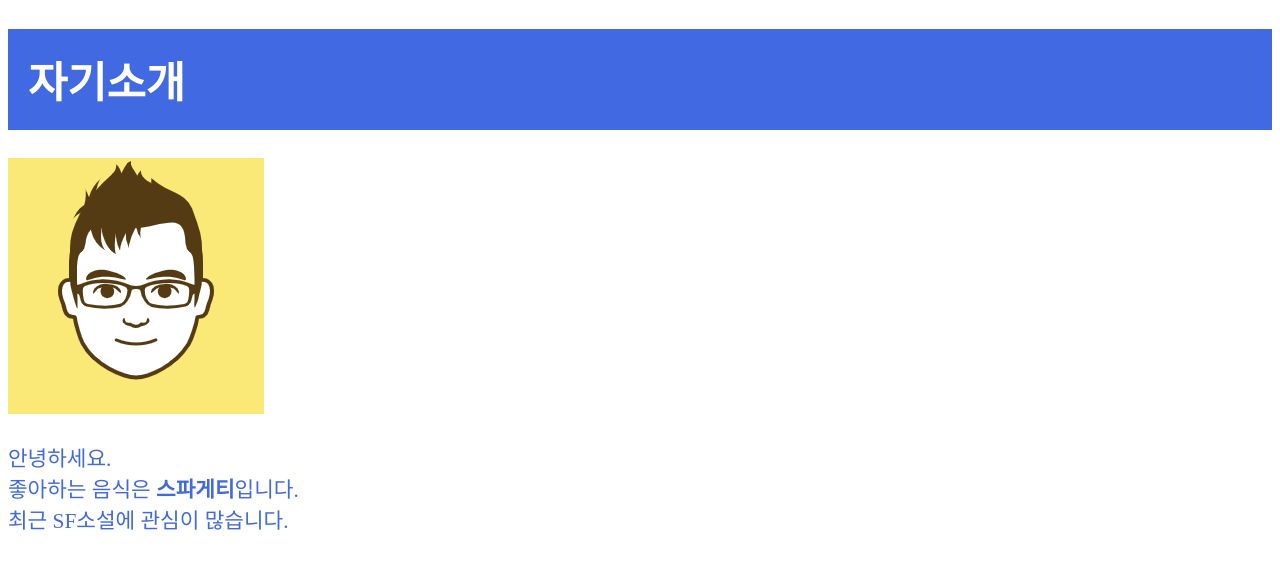
Repository: suhong99/htmlLecture
Page: cssWork1/src/main/webapp/index3.html
These files come from the project's save history. The page is drawn as it stood at one moment and after the next save; the edit follows.
The browser window is 1280 px wide. The pictures show the whole page.

Above is the page before, as saved 2023-06-22 06:42:06.

### cssWork1/src/main/webapp/index3.html
<!DOCTYPE html>
<html>
<head>
<meta charset="UTF-8">
<title>Insert title here</title>
<style type="text/css">
body{
	color: royalblue;
	font-size: 16pt;
}
h1{
	background-color:  royalblue;
	color:white;
	padding:20px;
}
</style>
</head>
<body>

<h1>자기소개</h1>

<p class="center">
	<img alt="자화상이미지"  src="./image/img.png">
</p>
<p class="border">
안녕하세요.<br>
좋아하는 음식은 <strong>스파게티</strong>입니다.<br>
최근 SF소설에 관심이 많습니다.
</p>
</body>
</html>

After the next save:
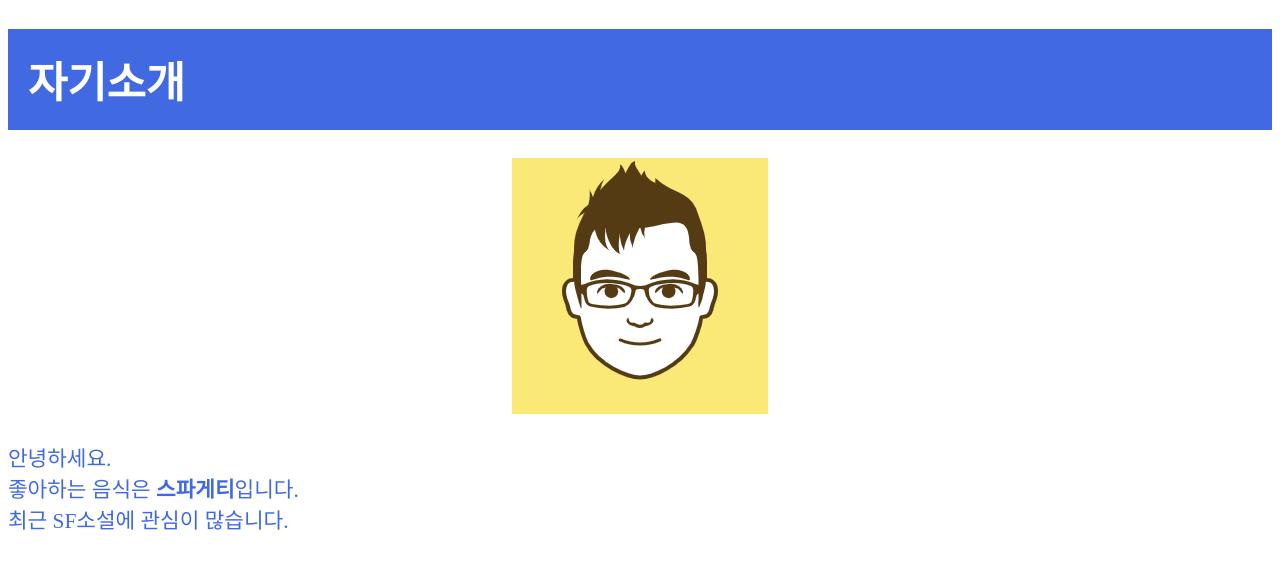
Saved 9 s later.
--- a/cssWork1/src/main/webapp/index3.html
+++ b/cssWork1/src/main/webapp/index3.html
@@ -12,6 +12,9 @@ h1{
 	background-color:  royalblue;
 	color:white;
 	padding:20px;
+}
+.center{
+text-align:center;
 }
 </style>
 </head>
